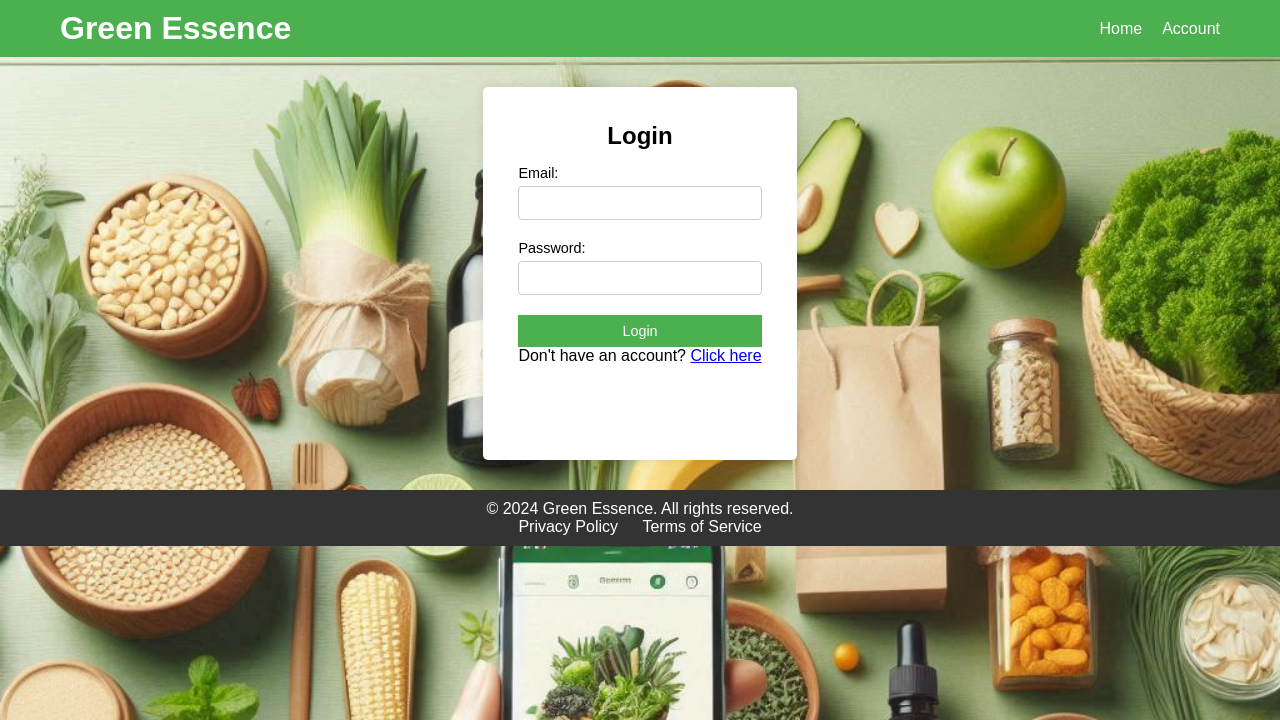
Repository: niki3210/Sahyadri
Page: Projectorganic/login.html
The author's editor kept a copy of each file at every save. The page is drawn from the files as they stood at one save, then again after the next save.
The browser window is 1280 px wide. The pictures show the whole page.

Above is the page before, as saved 2024-06-21 14:43:45.

### Projectorganic/login.html
<!DOCTYPE html>
<html lang="en">
<head>
    <meta charset="UTF-8">
    <meta name="viewport" content="width=device-width, initial-scale=1.0">
    <title>Login - Green Essence</title>
    <link rel="stylesheet" href="styles.css">
</head>
<body class="login">
    <header>
        <div class="container">
            <h1>Green Essence</h1>
            <nav>
                <ul>
                    <li><a href="index.html">Home</a></li>
                    <li><a href="login.html">Account</a></li>
                </ul>
            </nav>
        </div>
    </header>
    <div class="container">
        <div class="login-container">
            <div class="login-form">
                <h2>Login</h2>
                <form action="/login" method="POST">
                    <label for="email">Email:</label>
                    <input type="email" id="email" name="email" required>
                    <div class="error" id="email-error"></div>

                    <label for="password">Password:</label>
                    <input type="password" id="password" name="password" required>
                    <div class="error" id="password-error"></div>

                    <button type="submit">Login</button>
                </form>
                <p>Don't have an account? <a href="register.html">Click here</a></p>
            </div>
        </div>
    </div>
    <footer>
        <p>&copy; 2024 Green Essence. All rights reserved.</p>
        <div>
            <a href="#">Privacy Policy</a>
            <a href="#">Terms of Service</a>
        </div>
    </footer>
</body>
</html>

### Projectorganic/styles.css
/* Combined CSS for Home, Login, and Register Pages */

/* Reset default browser styles */
* {
    box-sizing: border-box;
    margin: 0;
    padding: 0;
}

/* Global styles */
body {
    font-family: Arial, sans-serif;
    color: black;
    margin: 0;
    padding: 0;
    box-sizing: border-box;
    min-height: 100vh; /* Ensure body extends to at least the full height of the viewport */
    display: flex;
    flex-direction: column; /* Use flexbox to make sure footer stays at the bottom */
}

/* Header styles */
header {
    background-color: #4CAF50;
    color: white;
    padding: 10px 0;
}

header .container {
    display: flex;
    justify-content: space-between;
    align-items: center;
    max-width: 1200px;
    margin: 0 auto;
    padding: 0 20px;
}

header h1 {
    margin: 0;
}

header nav ul {
    list-style: none;
    margin: 0;
    padding: 0;
    display: flex;
}

header nav ul li {
    margin-left: 20px;
}

header nav ul li a {
    color: white;
    text-decoration: none;
}

header nav ul li a:hover {
    text-decoration: underline;
}

/* Home Page Styles */
#home {
    background-image: url('backgroundhome.jpeg');
    background-size: cover;
    background-repeat: no-repeat;
    background-position: center;
    background-attachment: fixed;
    color: white;
    text-align: center;
    padding: 100px 20px;
}

section {
    padding: 60px 0;
}

.container {
    max-width: 1200px;
    margin: 0 auto;
    padding: 0 20px;
}

/* About Section */
#about {
    background-color: #fffefe;
    padding: 40px 0;
}

/* Contact Section Styles */
#contact {
    background-color: #fff;
    padding: 40px 0;
}

#contact h2 {
    text-align: center;
    margin-bottom: 40px;
    color: #000000;
}

#contact .container {
    max-width: 900px;
    margin: 0 auto;
}

#contact .contact-info {
    text-align: center;
    margin-bottom: 20px;
}

#contact .contact-info p {
    margin: 10px 0;
}



/* Login/Register Styles */
.login-container,
.register-container {
    max-width: 320px;
    margin: 0 auto;
    padding: 10px;
    background-color: rgb(255, 255, 255);
    border-radius: 5px;
    box-shadow: 0 0 10px rgba(0, 0, 0, 0.1);
    flex: 1; /* Use flex: 1 to push footer to the bottom */
    margin-top: 30px;
    margin-bottom: 30px;
    padding: 20px;
}

body {
    font-family: Arial, sans-serif;
    background-image: url('backgroundhome.jpeg');
    background-size: cover;
    color: black;
}

.login-form, .register-form {
    padding: 15px;
    margin-bottom: 60px;
}

.login-form h2, .register-form h2 {
    text-align: center;
    margin-bottom: 15px;
    font-size: 1.5em;
}

label {
    display: block;
    margin-bottom: 5px;
    font-size: 0.9em;
}

input[type="email"],
input[type="password"] {
    width: 100%;
    padding: 8px;
    margin-bottom: 10px;
    border: 1px solid #ccc;
    border-radius: 4px;
    font-size: 0.9em;
}

.error {
    color: red;
    font-size: 0.8em;
    margin-bottom: 10px;
}

button {
    background-color: #4CAF50;
    color: white;
    border: none;
    padding: 8px 15px;
    cursor: pointer;
    transition: background-color 0.3s ease;
    width: 100%;
    font-size: 0.9em;
}

button:hover {
    background-color: #45a049;
}

/* Footer Styles */
footer {
    background-color: #333;
    color: white;
    text-align: center;
    padding: 10px 0;
    width: 100%;
}

footer a {
    color: white;
    margin: 0 10px;
    text-decoration: none;
}

footer a:hover {
    text-decoration: underline;
}

After the next save:
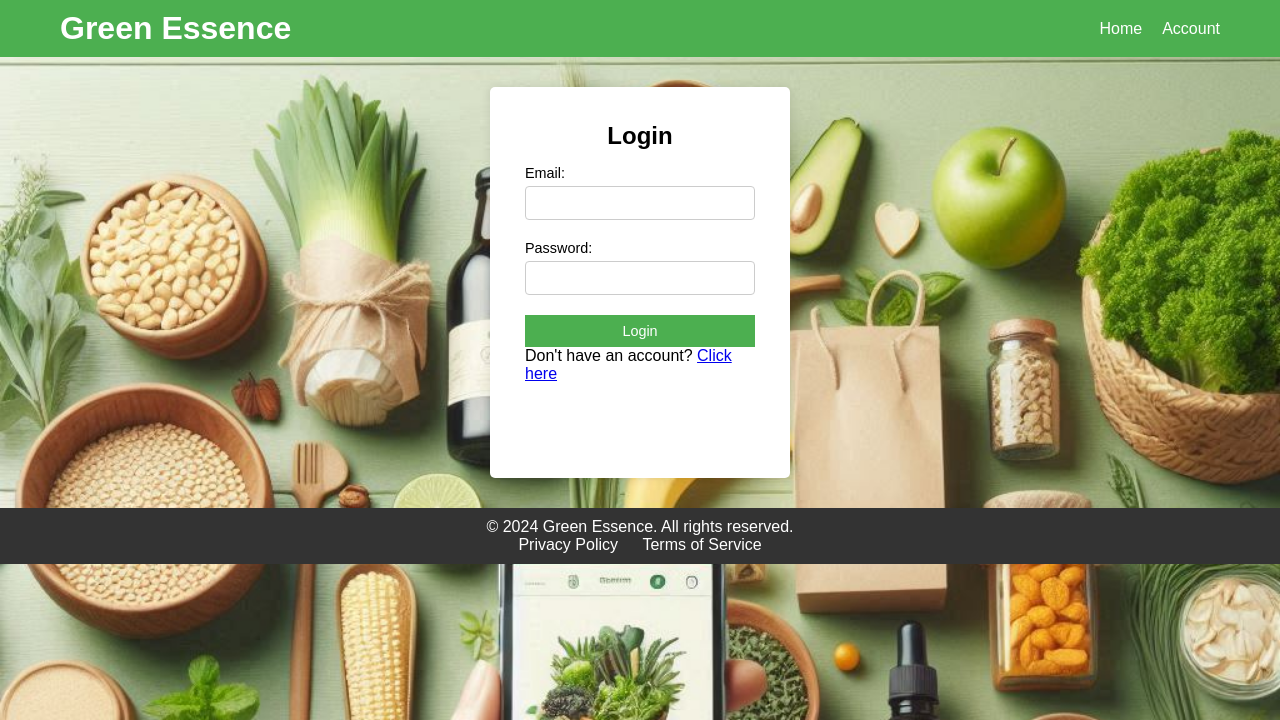
Saved 29 s later.
--- a/Projectorganic/styles.css
+++ b/Projectorganic/styles.css
@@ -118,7 +118,7 @@
 /* Login/Register Styles */
 .login-container,
 .register-container {
-    max-width: 320px;
+    max-width: 300px;
     margin: 0 auto;
     padding: 10px;
     background-color: rgb(255, 255, 255);

After the save that followed:
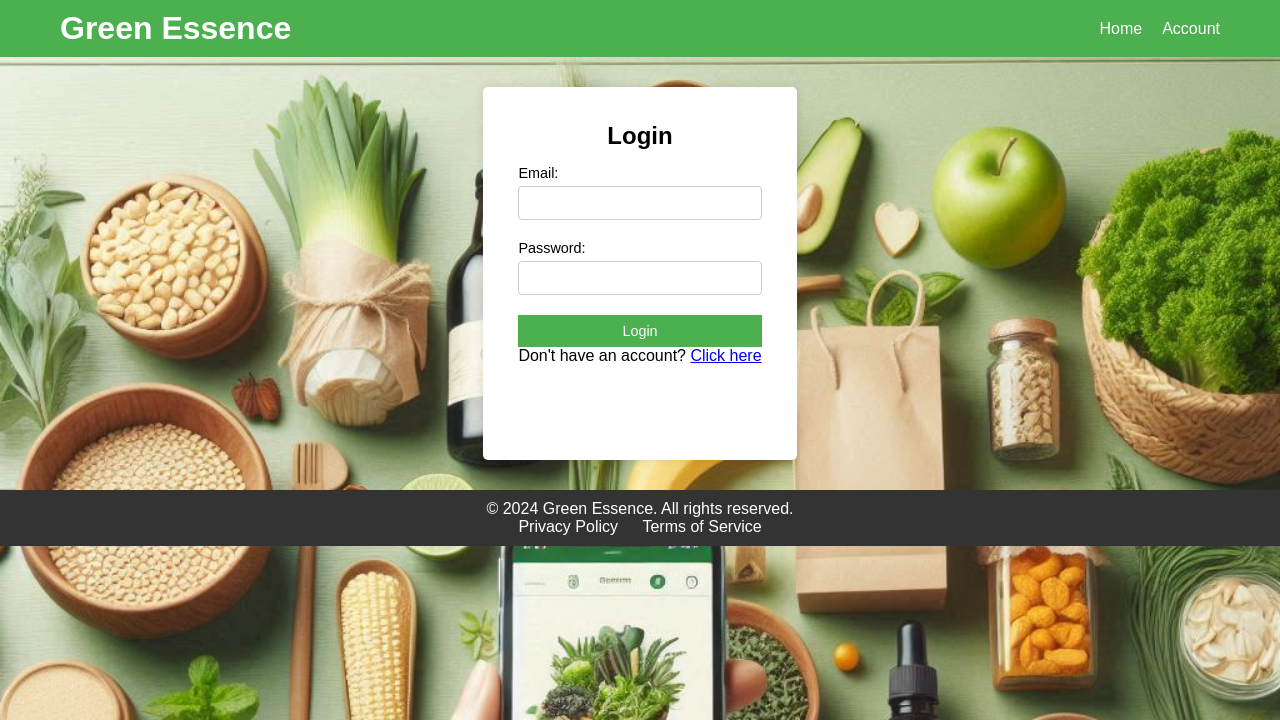
Saved 7 s later.
--- a/Projectorganic/styles.css
+++ b/Projectorganic/styles.css
@@ -118,7 +118,7 @@
 /* Login/Register Styles */
 .login-container,
 .register-container {
-    max-width: 300px;
+    max-width: 320px;
     margin: 0 auto;
     padding: 10px;
     background-color: rgb(255, 255, 255);
